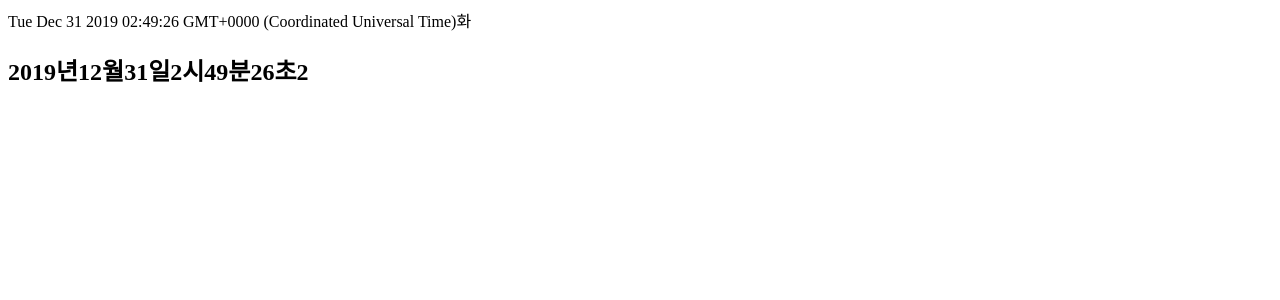
Repository: insunkang/JSP
Page: clientweb/WebContent/js_basic/js_date_exam.html
The author's editor kept a copy of each file at every save. The page is drawn from the files as they stood at one save, then again after the next save.
The browser window is 1280 px wide. The pictures show the whole page.

Above is the page before, as saved 2020-01-08 01:10:19.

### clientweb/WebContent/js_basic/js_date_exam.html
<!DOCTYPE html>
<!-- 날짜 시간과 관련된 자바스크립트 내장객체(Date)  -->
<html>
<head>
<meta charset="EUC-KR">
<title>Insert title here</title>
</head>
<body>
	<script type="text/javascript">
		today = new Date();
		document.write(today);
		str =today.getFullYear() +"년";
		str =str+(today.getMonth()+1)+"월";
		str =str+today.getDate()+"일";
		str =str+today.getHours()+"시";
		str =str+today.getMinutes()+"분";
		str =str+today.getSeconds()+"초";
		day =today.getDay();


		//switch활용해서 요일번호를 요일명으로 변경하기
		weekday=day; //요일명

			switch(weekday){
			case 0:
				document.write("일");
				break;
			case 1:
				document.write("월");
				break;
			case 2:
				document.write("화");
				break;
			case 3:
				document.write("수");
				break;
			case 4:
				document.write("목");
				break;
			case 5:
				document.write("금");
				break;
			case 6:
				document.write("토");
				break;


			}


			str =str+weekday;
		document.write("<h2>"+str+"</h2>");
	</script>
</body>
</html>

After the next save:
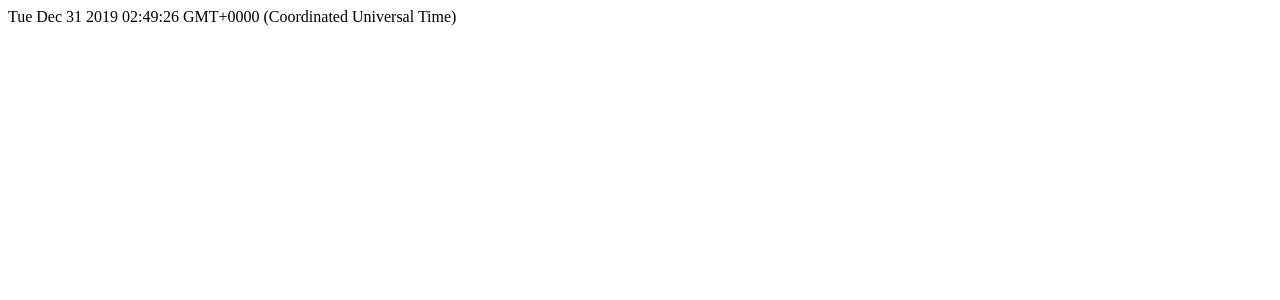
Console error: ReferenceError: weekday is not defined
Saved 79 s later.
--- a/clientweb/WebContent/js_basic/js_date_exam.html
+++ b/clientweb/WebContent/js_basic/js_date_exam.html
@@ -16,11 +16,11 @@
 		str =str+today.getMinutes()+"분";
 		str =str+today.getSeconds()+"초";
 		day =today.getDay();
-
+		str =str+weekday;
 
 		//switch활용해서 요일번호를 요일명으로 변경하기
 		weekday=day; //요일명
-
+		document.write("<h2>"+str+"</h2>");
 			switch(weekday){
 			case 0:
 				document.write("일");
@@ -48,8 +48,8 @@
 			}
 
 
-			str =str+weekday;
-		document.write("<h2>"+str+"</h2>");
+
+
 	</script>
 </body>
 </html>

After the 2 saves that followed:
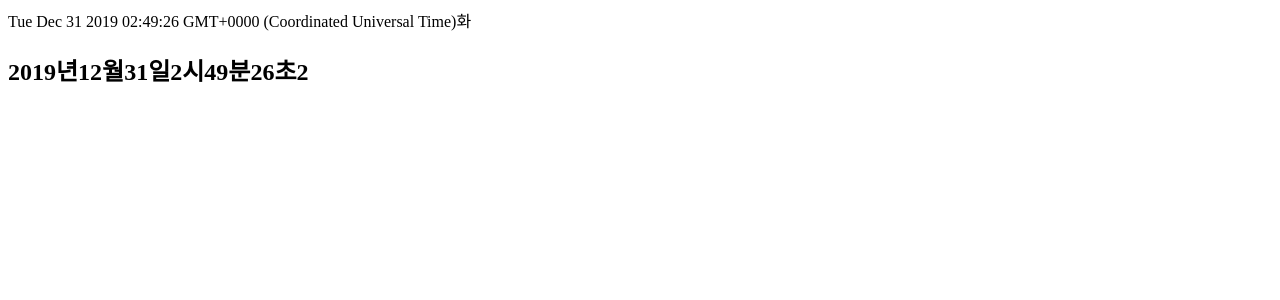
The error is gone.
The 2 saves are shown as one change because 1 left the picture as it was.
The last was saved 19 s later.
--- a/clientweb/WebContent/js_basic/js_date_exam.html
+++ b/clientweb/WebContent/js_basic/js_date_exam.html
@@ -16,11 +16,11 @@
 		str =str+today.getMinutes()+"분";
 		str =str+today.getSeconds()+"초";
 		day =today.getDay();
-		str =str+weekday;
+
 
 		//switch활용해서 요일번호를 요일명으로 변경하기
 		weekday=day; //요일명
-		document.write("<h2>"+str+"</h2>");
+
 			switch(weekday){
 			case 0:
 				document.write("일");
@@ -48,8 +48,8 @@
 			}
 
 
-
-
+			str =str+weekday;
+		document.write("<h2>"+str+"</h2>");
 	</script>
 </body>
 </html>
